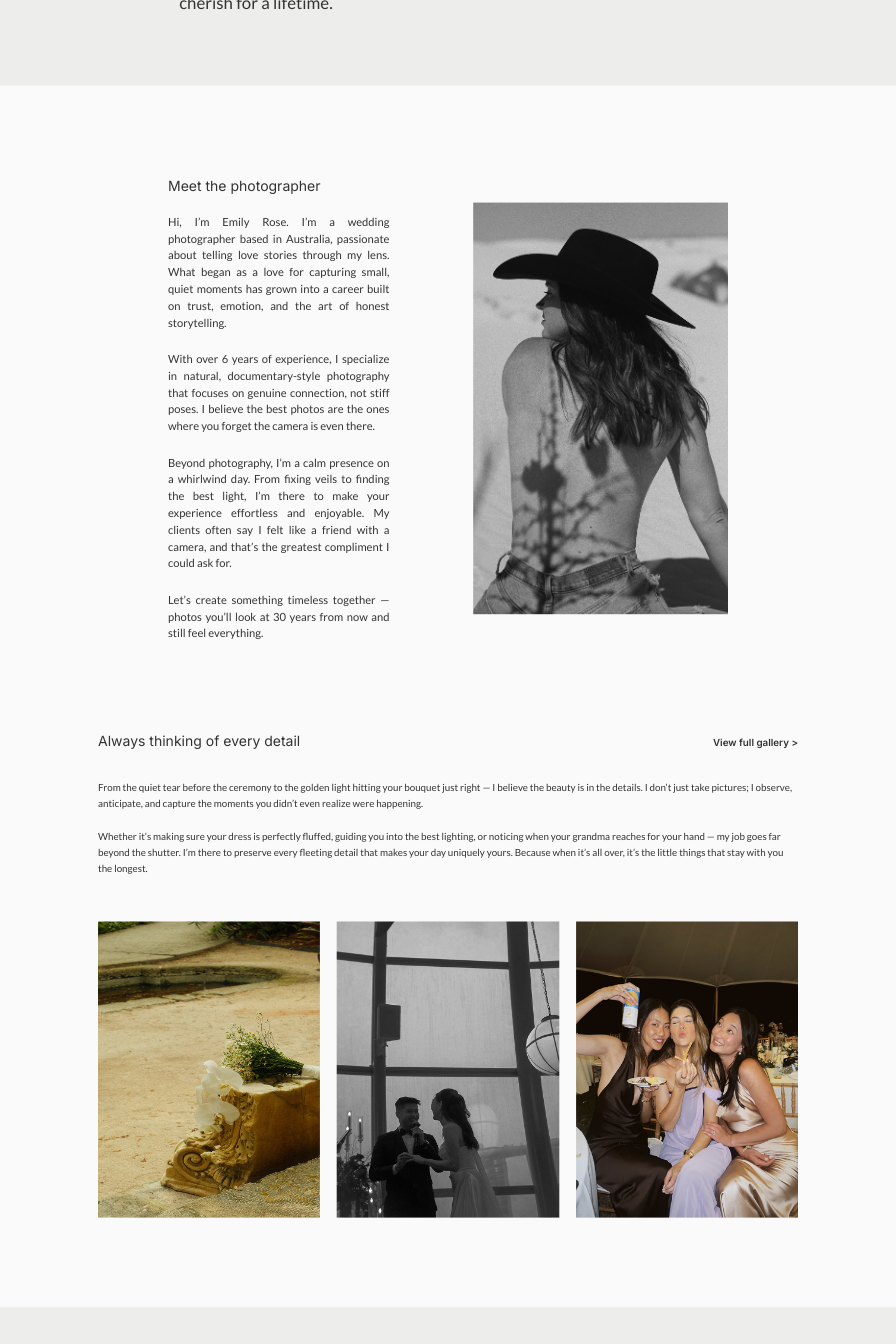
Repository: eduarda-magnago/wt-photography
Page: /
An editor plug-in stored every save of this project. The page is shown before and after the next save, followed by the edit.
The browser window is 1280 px wide. The pictures show the part of the page from y = 949 to 2869 px (the page is 3748 px tall before and 3756 px after), at 70% of full size.
Some web fonts or font styles are not loaded; a fallback is used. The project was rebuilt for these pictures with package versions that can differ from the ones it lists, and the page was loaded fresh each time. The framework's server and built-in components were replaced by stand-ins that run in the browser. Also part of the build but not shown: next.config.ts.

Above is the page before, as saved 2026-10-19 11:34:41.

After the next save:
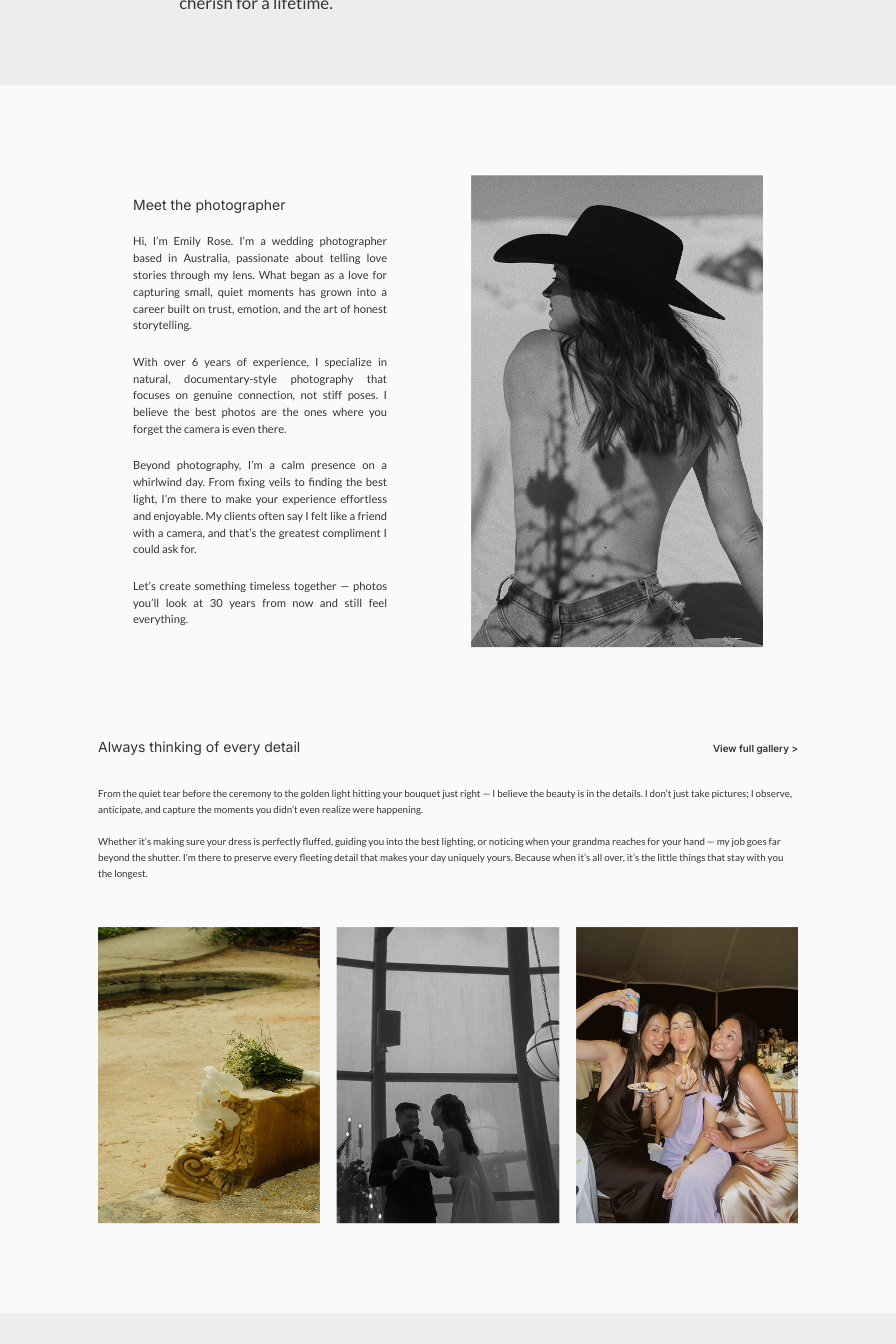
Saved 9 s later.
--- a/components/home/about.tsx
+++ b/components/home/about.tsx
@@ -3,7 +3,7 @@ import Image from "next/image";
 export default function About() {
   return (
     <section id="about" className="bg-paper px-6 py-24 md:px-14 md:py-32">
-      <div className="mx-auto grid max-w-[800px] items-center gap-12 md:grid-cols-[435fr_500fr] md:gap-x-12 xl:gap-x-[120px]">
+      <div className="mx-auto grid max-w-[900px] items-center gap-12 md:grid-cols-[435fr_500fr] md:gap-x-12 xl:gap-x-[120px]">
         <div>
           <h2 className="font-heading text-[20px]">Meet the photographer</h2>
 
